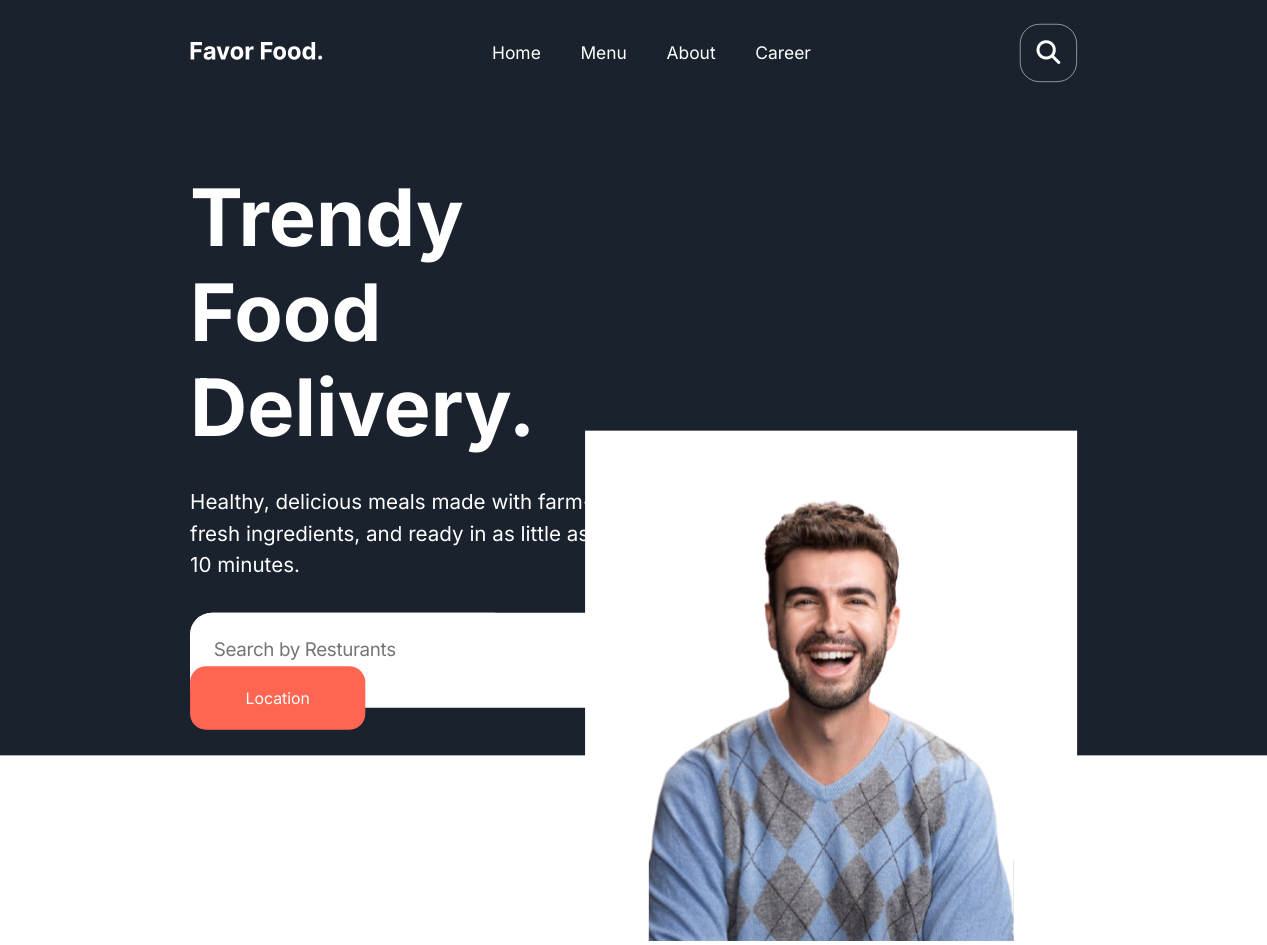
Repository: badhon252/favor-food
Page: index.html
The author's editor kept a copy of each file at every save. The page is drawn from the files as they stood at one save, then again after the next save.
The browser window is 1280 px wide. The pictures show the whole page, at 99% of full size.
The style sheet was rebuilt from its Sass, Less or Tailwind sources for each picture, by a compiler version that may differ from the author's.

Above is the page before, as saved 2022-09-10 16:26:11.

### index.html
<!DOCTYPE html>
<html lang="en">

<head>
    <meta charset="UTF-8">
    <meta http-equiv="X-UA-Compatible" content="IE=edge">
    <meta name="viewport" content="width=device-width, initial-scale=1.0">
    <!-- fontawesome cdn link  -->
    <link rel="stylesheet" href="https://cdnjs.cloudflare.com/ajax/libs/font-awesome/6.2.0/css/all.min.css">
    <!-- custom css  -->
    <link rel="stylesheet" href="scss/style.css">

    <title>Favor-Food</title>
</head>

<body>
    <header class="">
        <div class="container">

            <nav>
                <div class="navbar-brand">
                    <img src="./images/logo.svg" alt="">
                </div>
                <ul class="nav">
                    <li><a href="">Home</a></li>
                    <li><a href="">Menu</a></li>
                    <li><a href="">About</a></li>
                    <li><a href="">Career</a></li>
                </ul>

                <div class="search-icon">
                    <i class="fa-solid fa-magnifying-glass"></i>
                </div>
            </nav>

            <div class="header-content">
                <div class="row">


                    <div class="col-md-6">
                        <h1>Trendy Food <br> Delivery.</h1>
                        <p class="my-5">Healthy, delicious meals made with farm- <br> fresh ingredients, and ready in as
                            little as <br>
                            10 minutes.
                        </p>
                        <form action="">
                            <input type="text" id="location" placeholder="Search by Resturants">
                            <label for="location">Location</label>
                        </form>
                    </div>
                    <div class="col-md-6">
                        <div class="card">
                            <div class="img">
                                <img src="./images/image 624.svg" alt="">
                            </div>
                        </div>
                    </div>
                </div>
            </div>
        </div>
    </header>
</body>

</html>

### scss/style.scss
@import url("https://fonts.googleapis.com/css2?family=Inter:wght@400;600;700;800;900&display=swap");
* {
  margin: 0%;
  padding: 0;
  box-sizing: border-box;
  font-family: "Inter", sans-serif;
}

.container {
  margin: 0 12rem;
}
.row {
  display: flex;
  align-items: center;
  justify-content: space-between;
  max-width: 100%;
  .col-md-6 {
    max-width: 50%;
  }
}
h1 {
  font-weight: 700;
  font-size: 5rem;
  line-height: 96px;
}
.my-2 {
  margin: 2rem 0;
}
.my-3 {
  margin: 3rem 0;
}
.my-4 {
  margin: 4rem 0;
}
.my-5 {
  margin: 5rem 0;
}
.my-5 {
  margin: 5rem 0;
}
.my-6 {
  margin: 6rem 0;
}
header {
  background-color: #1a222d;
  color: #fff;
  nav {
    display: flex;
    justify-content: space-between;
    align-items: center;
    padding: 1.5rem 0;
    ul {
      display: flex;
      li {
        list-style-type: none;
        a {
          text-decoration: none;
          color: #fff;
          margin-right: 2.5rem;
          font-size: 1.1rem;
          font-weight: 500;
        }
      }
    }

    .search-icon {
      color: #fff;
      border: 1px solid rgba(255, 255, 255, 0.521);
      border-radius: 50%;
      padding: 1rem;
      border-radius: 20px;
      cursor: pointer;
      &:hover {
        opacity: 1;
      }
      i {
        font-size: 1.5rem;
      }
    }
  }

  .header-content {
    padding: 3rem 0;
    h1 {
      margin: 1rem 0;
    }
    p {
      font-size: 1.3rem;
      font-weight: 500;
      margin: 2rem 0;
      line-height: 32px;
    }
    form {
      display: inline-block;
      border-radius: 22px;
      background: #ffffff;
      input {
        padding: 1.5rem;
        font-size: 19px;
        line-height: 28px;
        letter-spacing: -0.02em;
        outline: none;
        border: none;
        color: #b1b1b1;
        border-radius: 22px;
      }
      label {
        background: #ff6652;
        border-radius: 16px;
        padding: 1.4rem 3.5rem;
        margin-right: 0.6rem;
        cursor: pointer;
      }
    }

    .card {
      background: #ff6652;
      border-radius: 39px;
      padding: 0 4rem;
      position: relative;
      .img {
        background-color: #fff;
        padding: 0 4rem;
        position: absolute;
        top: 0;
        right: 0;
      }
    }
  }
}

After the next save:
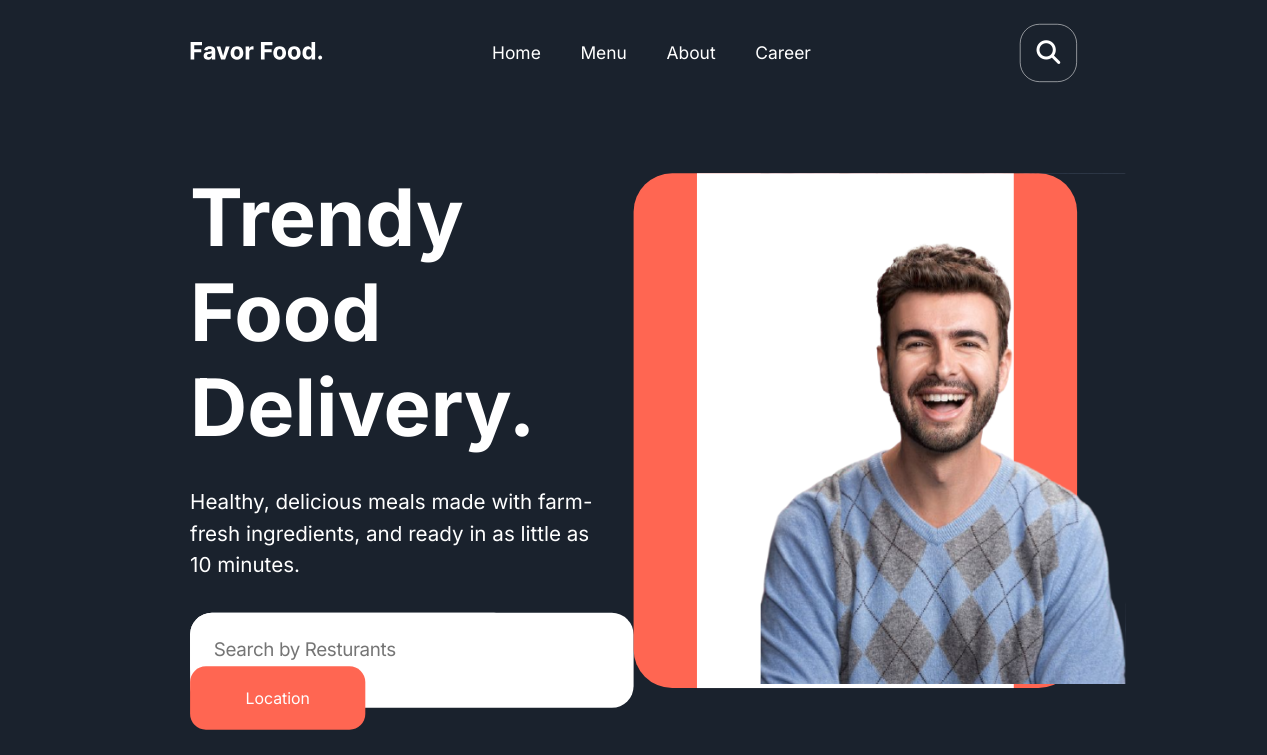
Saved 15 s later.
--- a/scss/style.scss
+++ b/scss/style.scss
@@ -117,13 +117,9 @@ header {
       background: #ff6652;
       border-radius: 39px;
       padding: 0 4rem;
-      position: relative;
       .img {
         background-color: #fff;
         padding: 0 4rem;
-        position: absolute;
-        top: 0;
-        right: 0;
       }
     }
   }
